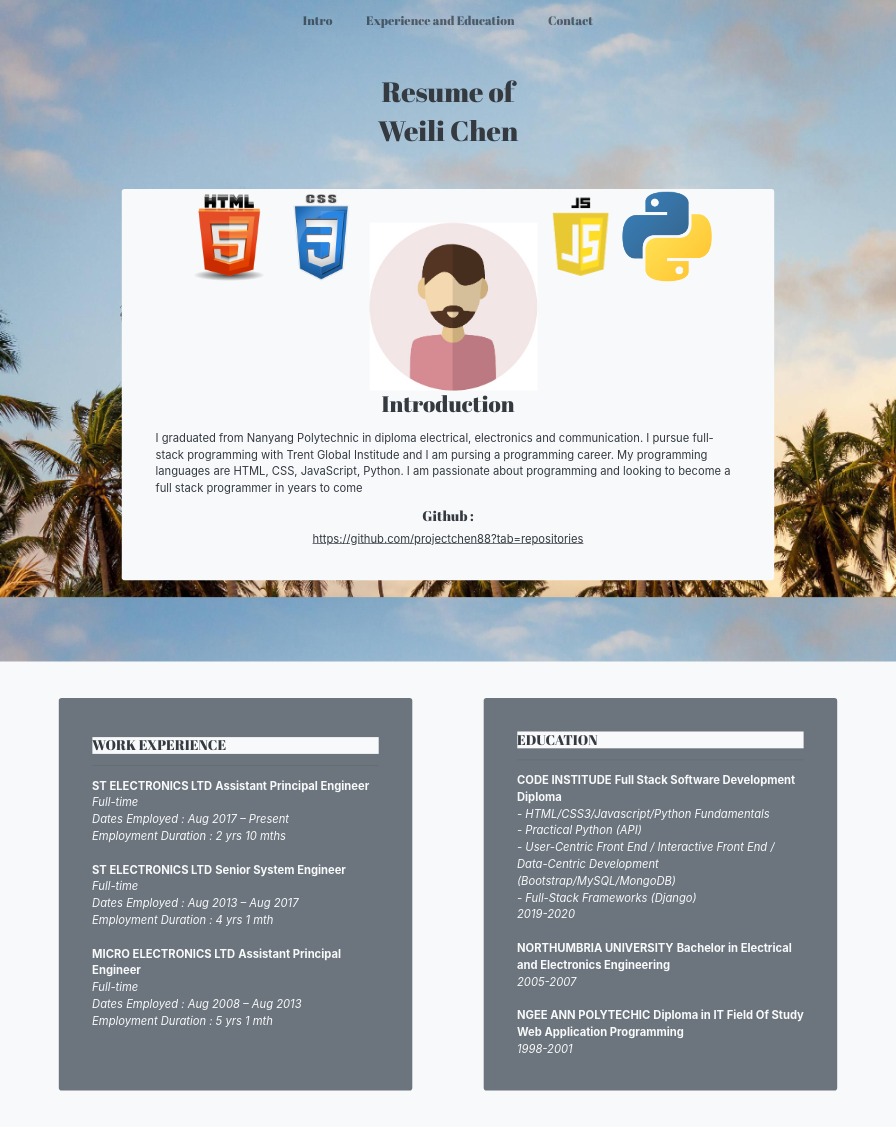
Repository: projectchen88/firstproject
Page: index.html
The author's editor kept a record of every edit. The page is drawn from the files as they stood at one moment, then again after the next edit.
The browser window is 1280 px wide. The pictures show the whole page, at 70% of full size.
Backgrounds fixed to the window are drawn as part of the page. Some web libraries are served in a nearby version.

Above is the page before.

After the next edit:
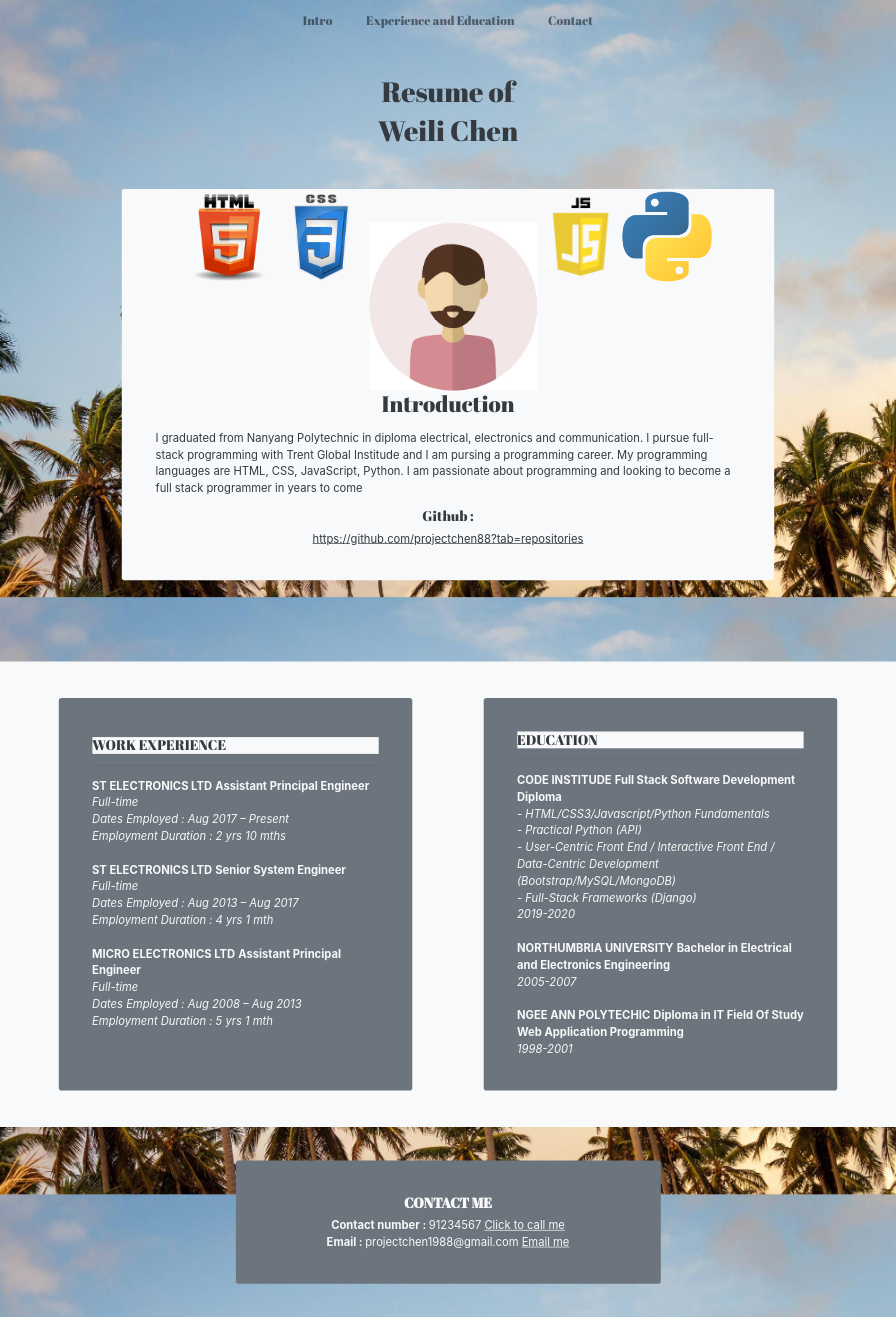
The edit:
--- a/index.html
+++ b/index.html
@@ -136,8 +136,19 @@
                     <i>1998-2001</i>
                 </div>
             </div>
+    </div>
+    </section>
+    <!--end of background-->
 
-    </div>
+    <!--Contact Me section-->
+    <section id='contact' class='container-fluid p-md-5 p-0'>
+        <div class="row ">
+            <div class="col-md-6 col-12 bg-secondary rounded text-light text-center mx-auto p-5">
+                <h5><strong>CONTACT ME</strong></h5>
+                <span ><strong>Contact number :  </strong></span> 91234567 <a class='text-light' href="tel:'91234567"><u>Click to call me</u></a><br/>
+                <span ><strong>Email :  </strong></span> projectchen1988@gmail.com <a class='text-light' href="mailto:projectchen1988@gmail.com"><u>Email me</u></a>
+            </div>
+        </div>
     </section>
 
     <!-- Optional JavaScript -->
